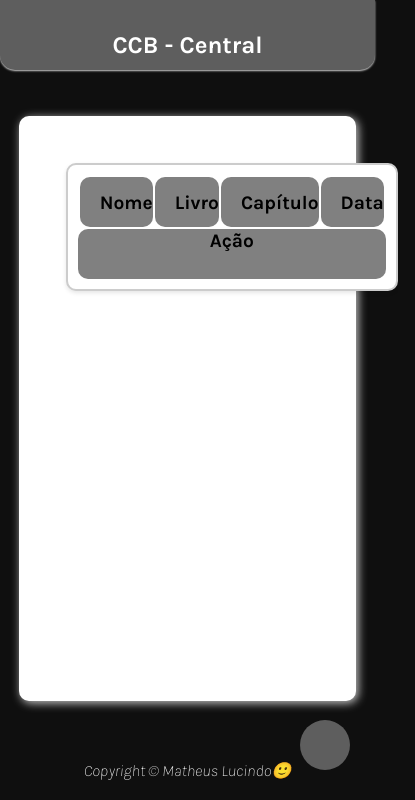
Repository: Matheus904-12/API-da-CCB
Page: index.html
An editor plug-in stored every save of this project. The page is shown before and after the next save, followed by the edit.
The browser window is 375 px wide. The page is 398 px wide, then 415 px, so the pictures cover 415 px, including what lies to the right of the window. The pictures show the whole page.

Above is the page before, as saved 2024-01-14 01:31:34.

After the next save:
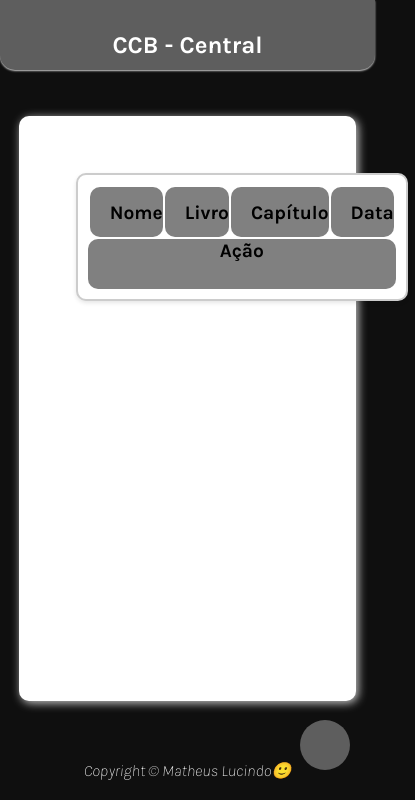
Saved 5 s later.
--- a/chat.css
+++ b/chat.css
@@ -48,7 +48,7 @@
         background-color: white;
         box-shadow: 0 2px 4px rgba(0, 0, 0, 0.1);
         padding: 10px;
-        margin: -5px;
+        margin: 5px;
     }
 
     .records td {
